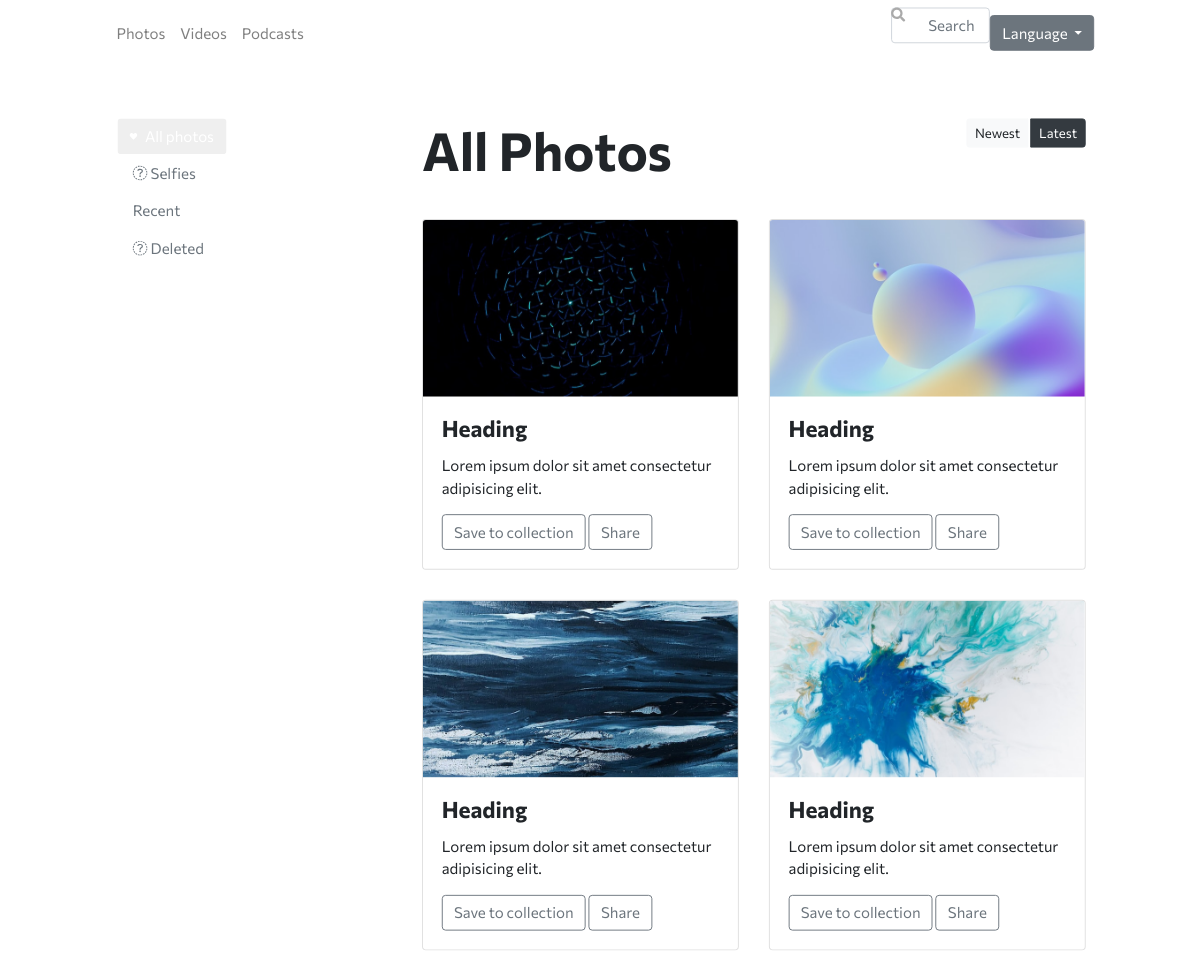
Repository: AlisaSkryp/photoblog
Page: index.html
These files come from the project's save history. The page is drawn as it stood at one moment and after the next save; the edit follows.
The browser window is 1280 px wide. The pictures show the whole page, at 94% of full size.
Some web libraries are served in a nearby version.

Above is the page before, as saved 2023-04-10 11:15:31.

After the next save:
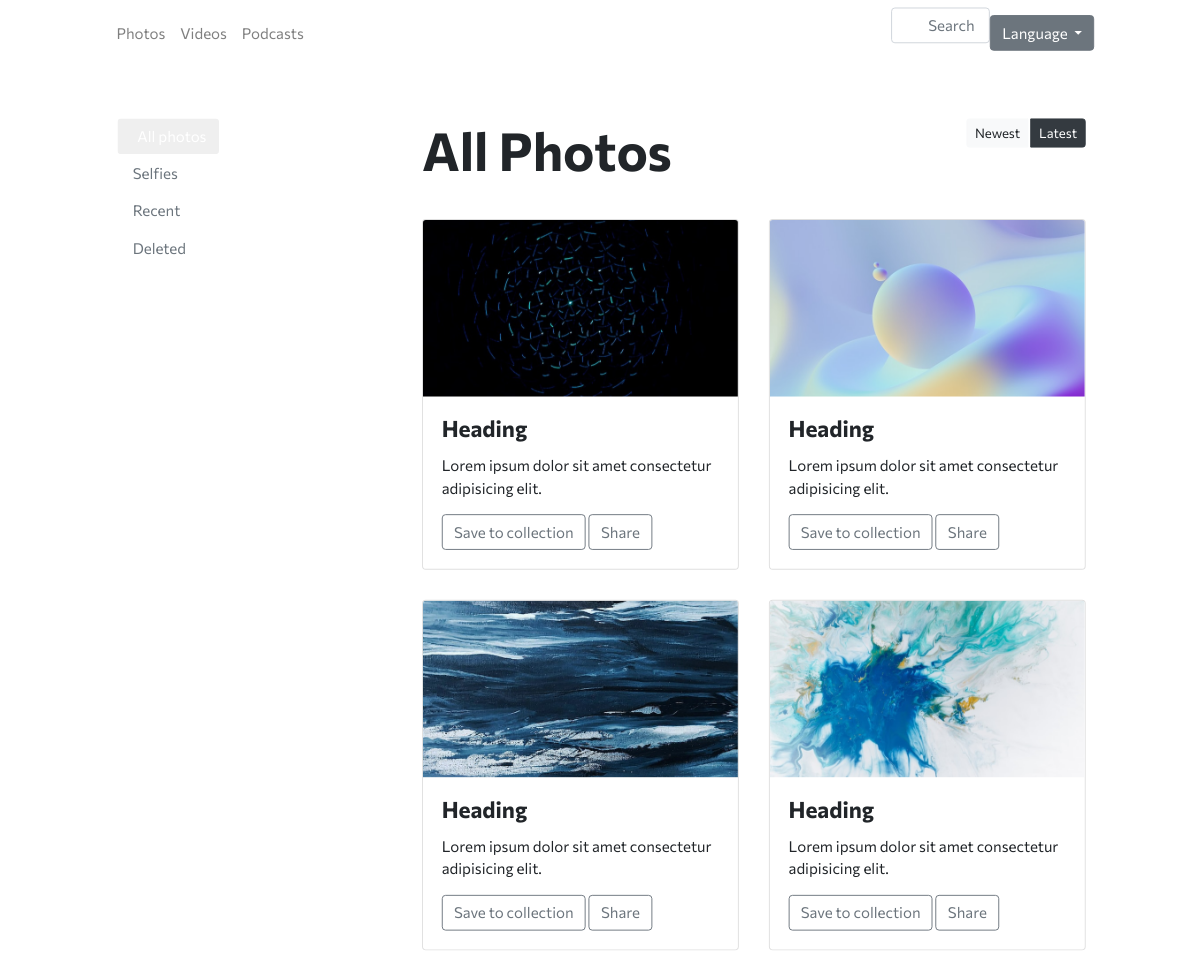
Saved 6 s later.
--- a/index.html
+++ b/index.html
@@ -5,10 +5,7 @@
 	<meta name="viewport" content="width=device-width, initial-scale=1">
 	<title>Complete Bootstrap 4 Website Layout</title>
 	<link rel="stylesheet" href="https://maxcdn.bootstrapcdn.com/bootstrap/4.0.0/css/bootstrap.min.css">
-	<script src="https://ajax.googleapis.com/ajax/libs/jquery/3.3.1/jquery.min.js"></script>
-	<script src="https://cdnjs.cloudflare.com/ajax/libs/popper.js/1.12.9/umd/popper.min.js"></script>
-	<script src="https://maxcdn.bootstrapcdn.com/bootstrap/4.0.0/js/bootstrap.min.js"></script>
-	<script src="https://use.fontawesome.com/releases/v5.0.8/js/all.js"></script>
+
 	<link href="style.css" rel="stylesheet">
 </head>
 <body>

After the save that followed:
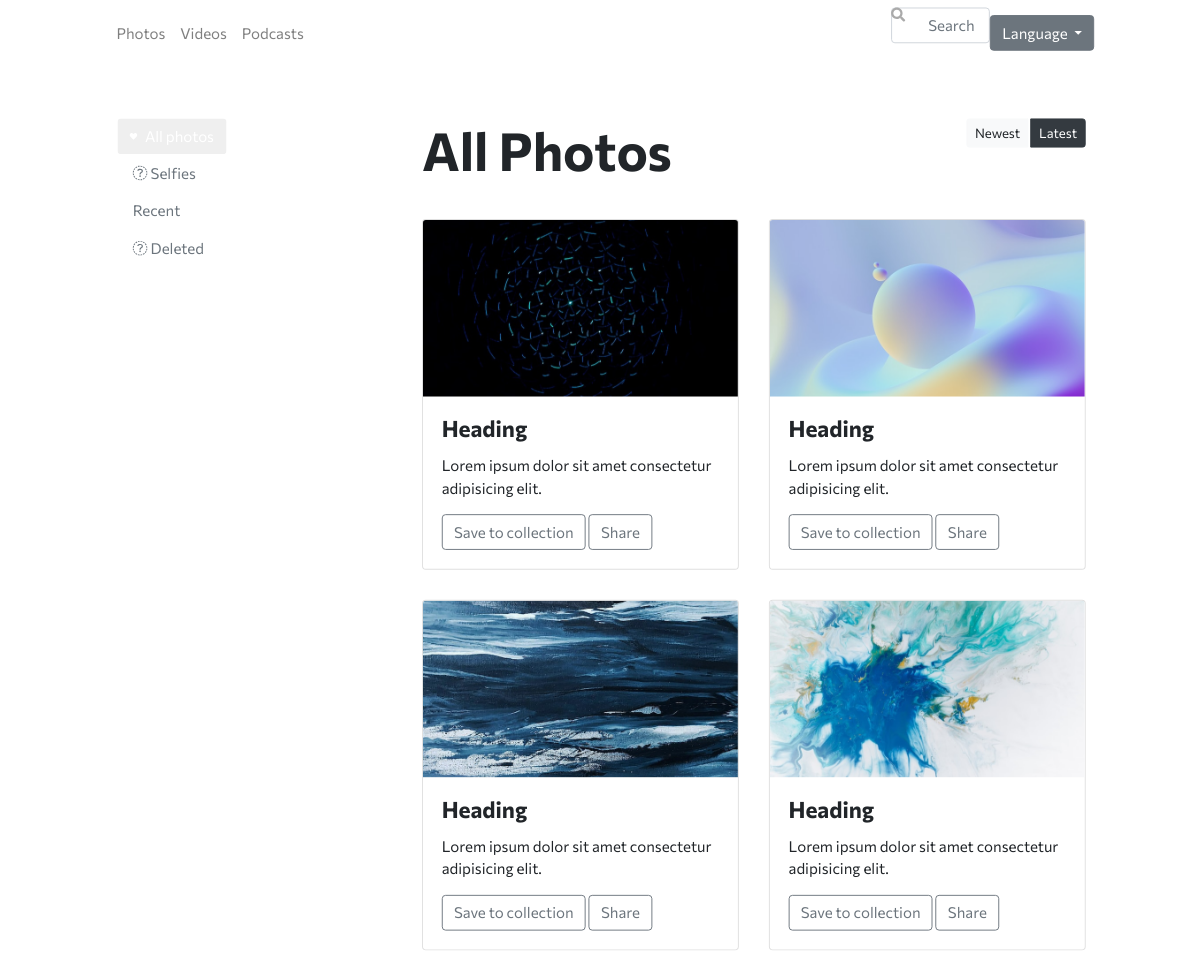
Saved 5 s later.
--- a/index.html
+++ b/index.html
@@ -143,6 +143,9 @@
 </div>
 </div>
 <!--- Cards -->
-
+<script src="https://ajax.googleapis.com/ajax/libs/jquery/3.3.1/jquery.min.js"></script>
+<script src="https://cdnjs.cloudflare.com/ajax/libs/popper.js/1.12.9/umd/popper.min.js"></script>
+<script src="https://maxcdn.bootstrapcdn.com/bootstrap/4.0.0/js/bootstrap.min.js"></script>
+<script src="https://use.fontawesome.com/releases/v5.0.8/js/all.js"></script>
 </body>
 </html>
